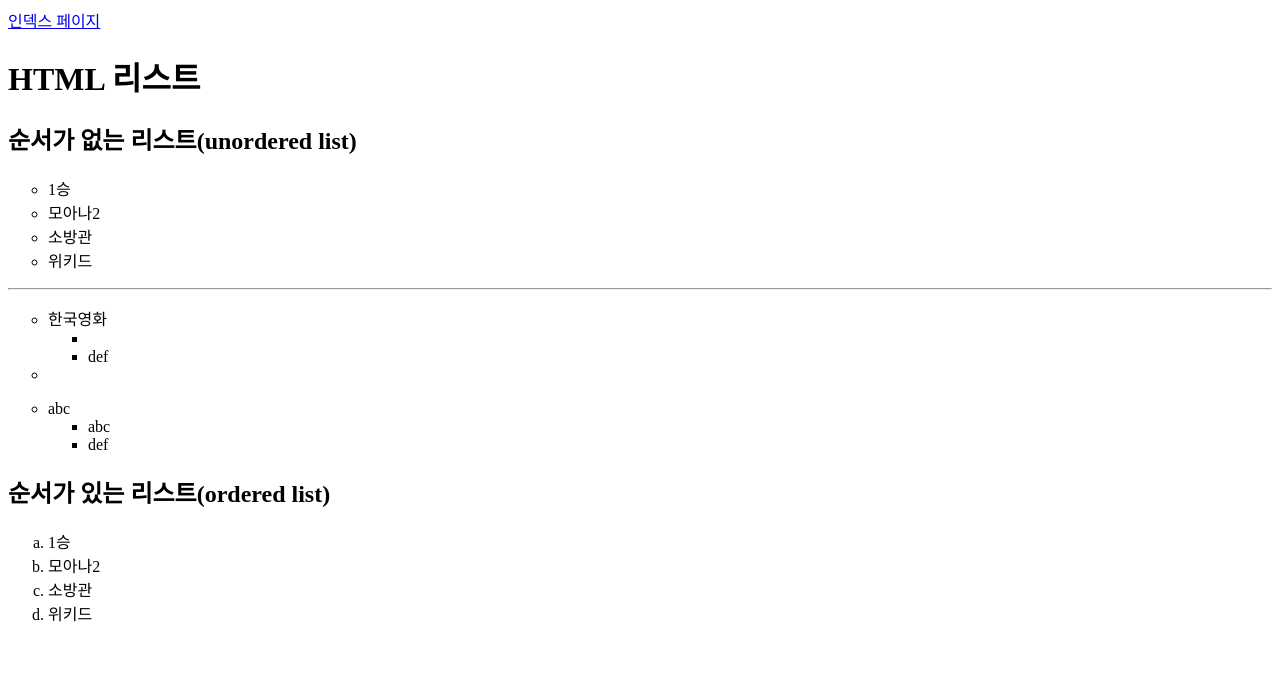
Repository: Sid0130/HTML
Page: lab-web/lab01_html/src/main/webapp/list.html
The author's editor kept a copy of each file at every save. The page is drawn from the files as they stood at one save, then again after the next save.
The browser window is 1280 px wide. The pictures show the whole page.

Above is the page before, as saved 2024-12-03 06:20:39.

After the next save:
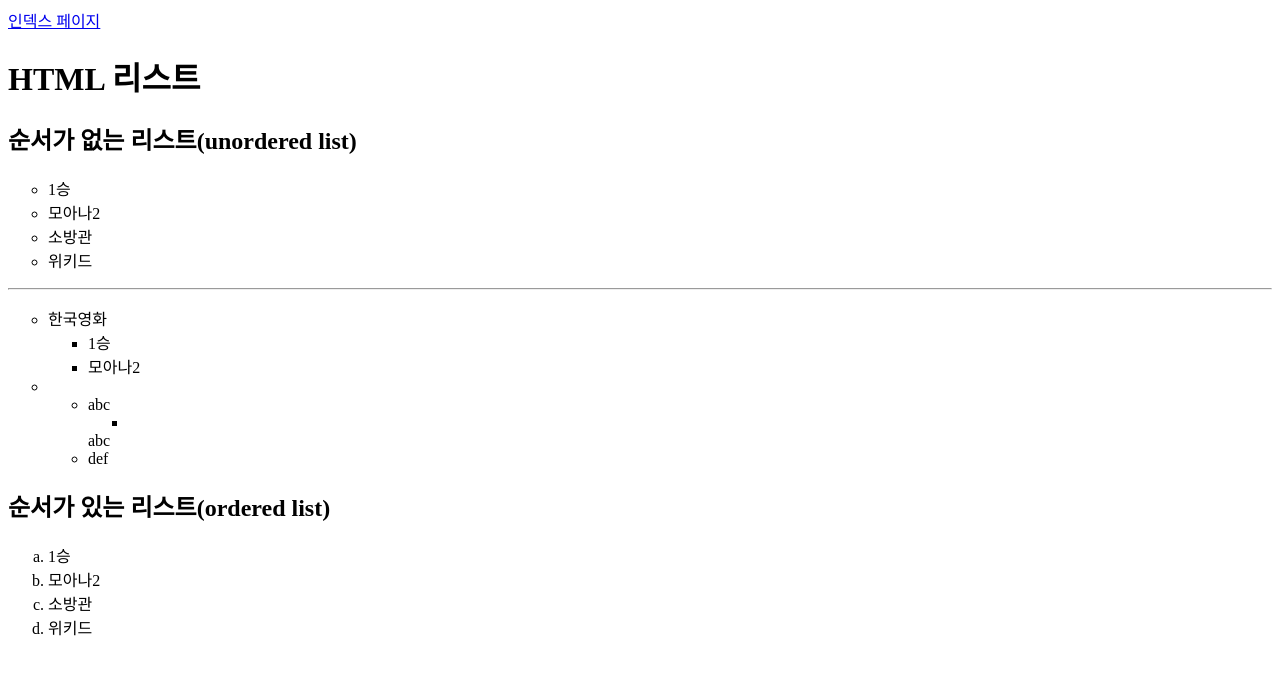
Saved 81 s later.
--- a/lab-web/lab01_html/src/main/webapp/list.html
+++ b/lab-web/lab01_html/src/main/webapp/list.html
@@ -29,15 +29,15 @@
                     한국영화
                 </li>
                     <ul style="list-style: square;">
+                        <li>1승</li>
+                        <li>모아나2</li>
+                    </ul>
                         <li> </li>
-                        <li>def </li>
-                    </ul>
-                <li> </li>
-            </ul>
                <ul style="list-style: circle;">
             <li> abc
                 <ul style="list-style: square;">
                 <li>
+            </ul>
                     abc
                 </li>
                 <li>
@@ -50,6 +50,7 @@
             <h2>순서가 있는 리스트(ordered list)</h2>
 
             <ol style="list-style: lower-alpha;">
+                <!--  ol 태크의 style 속성 중에서 list-style의 기본값은 decimal(숫자) -->
                 <li>1승</li>
                 <li>모아나2</li>
                 <li>소방관</li>
